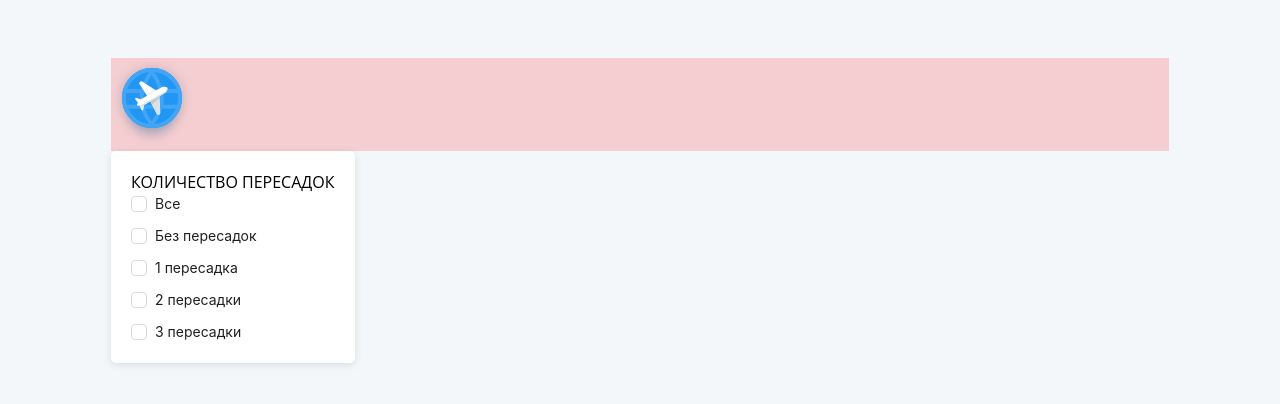
Repository: Dedoxa/aviasalesTickets
Page: /
An editor plug-in stored every save of this project. The page is shown before and after the next save, followed by the edit.
The browser window is 1280 px wide. The pictures show the whole page.
The project was rebuilt for these pictures with package versions that can differ from the ones it lists, and the page was loaded fresh each time. Also part of the build but not shown: vite.config.js.

Above is the page before, as saved 2024-10-19 16:03:49.

### index.html
<!doctype html>
<html lang="en">
  <head>
    <meta charset="UTF-8" />
    <meta name="viewport" content="width=device-width, initial-scale=1.0" />
    <title>AviasalesTickets</title>
  </head>
  <body>
    <div id="root"></div>
    <script type="module" src="/src/main.jsx"></script>
  </body>
</html>

### src/main.jsx
import { StrictMode } from 'react';
import { createRoot } from 'react-dom/client';

import App from './App.jsx';

createRoot(document.getElementById('root')).render(
  <StrictMode>
    <App />
  </StrictMode>
);

### src/App.jsx
// import React from 'react';

import TransferFilters from './TransferFilters/TransferFilters.jsx';
import AppIcon from './AppIcon/AppIcon.jsx';
import classes from './App.module.scss';

function App() {
  return (
    <>
      <AppIcon />
      <TransferFilters />
    </>
  );
}

export default App;

### src/TransferFilters/TransferFilters.jsx
import { Checkbox } from 'antd';

import { contentBox } from '../App.module.scss';

import classes from './TransferFilters.module.scss';

const TransferFilters = () => {
  return (
    <>
      <div className={contentBox}>
        <span className={classes.title}>КОЛИЧЕСТВО ПЕРЕСАДОК</span>
        <div className={classes.checkboxContainer}>
          <Checkbox>Все</Checkbox>
          <Checkbox>Без пересадок</Checkbox>
          <Checkbox>1 пересадка</Checkbox>
          <Checkbox>2 пересадки</Checkbox>
          <Checkbox>3 пересадки</Checkbox>
        </div>
      </div>
    </>
  );
};

export default TransferFilters;

### src/AppIcon/AppIcon.jsx
import classes from './AppIcon.module.scss';

const AppIcon = () => {
  return (
    <div className={classes.AppIcon}>
      <img src="/public/img/Logo.svg" alt="AviasalesIcon" />
    </div>
  );
};

export default AppIcon;

### src/App.module.scss
@font-face {
  font-family: 'Open Sans';
  src: url('https://fonts.googleapis.com/css2?family=Open+Sans:ital,wght@0,300..800;1,300..800&display=swap');
}

body {
  background-color: #f3f7fa;
  padding: 50px 103px;
}

.contentBox {
  display: inline-block;
  font-family: 'Open Sans', sans-serif;
  background-color: #fff;
  border-radius: 5px;
  box-shadow: 0 2px 8px 0 rgba(0, 0, 0, 0.1);
  padding: 20px;
}

### src/TransferFilters/TransferFilters.module.scss
.title {
  margin-bottom: 20px;
}

.checkboxContainer {
  display: flex;
  flex-direction: column;
  gap: 10px;
}

### src/AppIcon/AppIcon.module.scss
.AppIcon {
    background-color: rgba(255, 0, 0, 0.166);

    img {
        margin: 0 auto;
    }
}

After the next save:
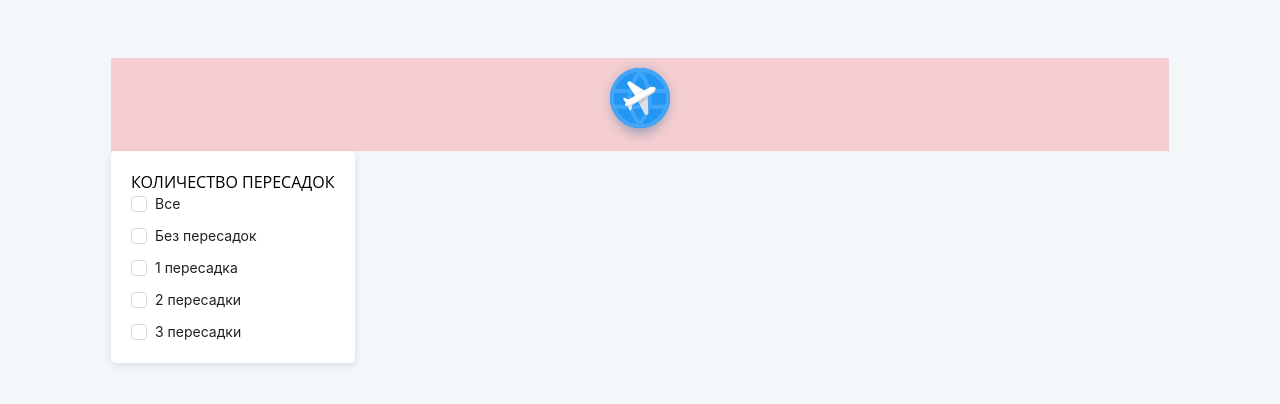
Saved 21 s later.
--- a/src/AppIcon/AppIcon.module.scss
+++ b/src/AppIcon/AppIcon.module.scss
@@ -1,7 +1,4 @@
 .AppIcon {
     background-color: rgba(255, 0, 0, 0.166);
-
-    img {
-        margin: 0 auto;
-    }
+    text-align: center;
 }
